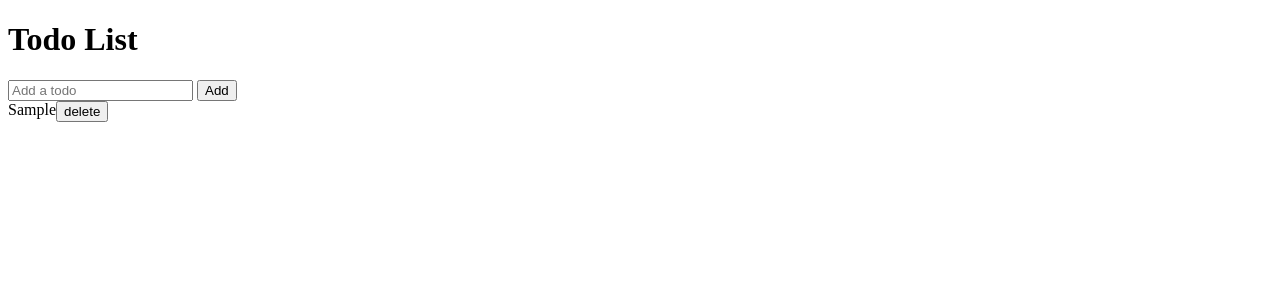
Repository: ble-syn/Todo-list
Page: index.html
An editor plug-in stored every save of this project. The page is shown before and after the next save, followed by the edit.
The browser window is 1280 px wide. The pictures show the whole page.
Empty fields were first filled with sample values (such as "Sample", 5 or name@example.com).
After loading, the first visible `button` was clicked once.

Above is the page before, as saved 2022-10-17 19:46:55.

After the next save:
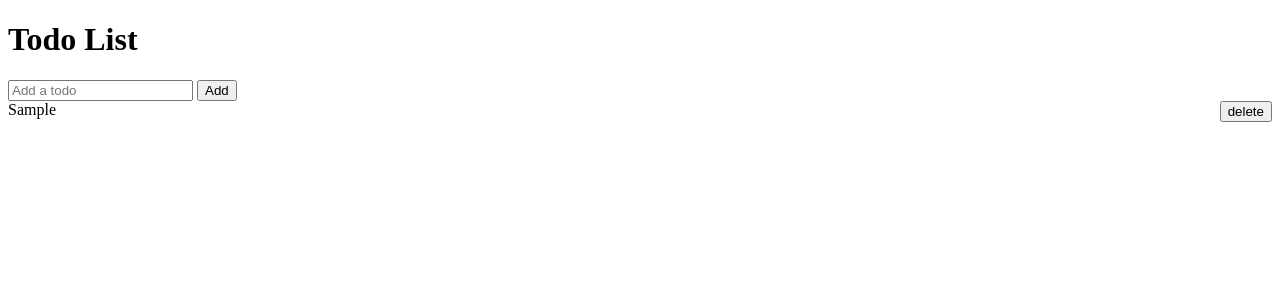
Saved 16 s later.
--- a/app.js
+++ b/app.js
@@ -9,7 +9,7 @@ function render (){
 
     const items = todoArray.map((element, index) => {
         return `
-            <li style="display: flex; justify-content: 'space-between'">
+            <li style="display: flex; justify-content: space-between">
                 <span>${element}</span>
                 <button id="${index}">delete</button>
             </li>
